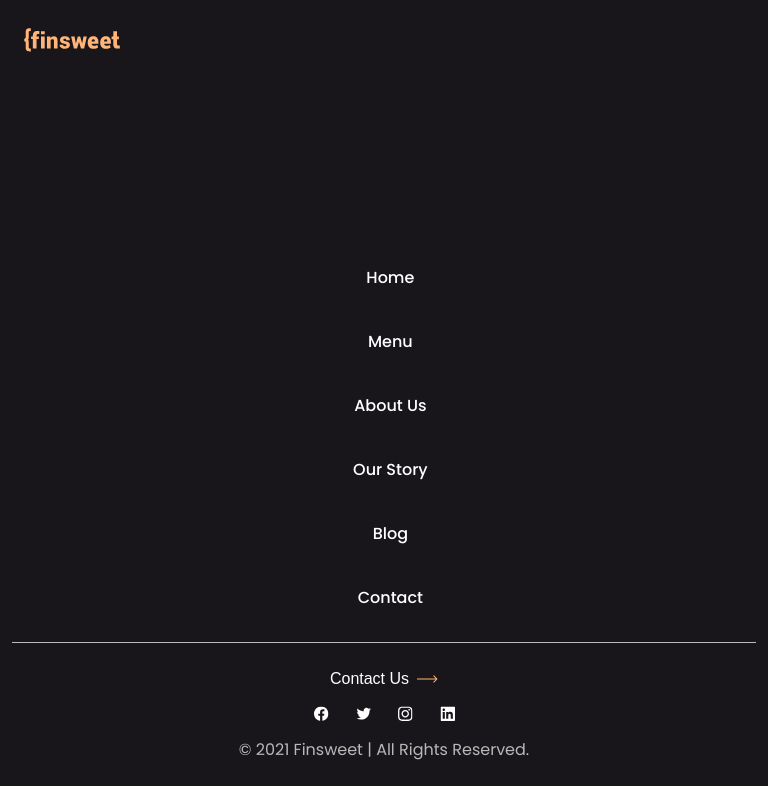
Repository: Minns-Cao/project-finsweet
Page: contact.html
An editor plug-in stored every save of this project. The page is shown before and after the next save, followed by the edit.
The browser window is 768 px wide. The pictures show the whole page.
Some web fonts or font styles are not loaded; a fallback is used.

Above is the page before, as saved 2023-04-28 14:51:15.

### contact.html
<!DOCTYPE html>
<html lang="en">
    <head>
        <meta charset="UTF-8" />
        <meta http-equiv="X-UA-Compatible" content="IE=edge" />
        <meta name="viewport" content="width=device-width, initial-scale=1.0" />
        <title>Finsweet</title>
        <!-- Reset CSS -->
        <link rel="stylesheet" href="./assets/css/reset.css" />
        <!-- Style -->
        <link rel="stylesheet" href="./assets/css/style.css" />
        <!-- Fonts -->
        <link rel="preconnect" href="https://fonts.googleapis.com" />
        <link rel="preconnect" href="https://fonts.gstatic.com" crossorigin />
        <link
            href="https://fonts.googleapis.com/css2?family=Playfair+Display:ital,wght@0,400;0,500;0,600;0,700;0,800;0,900;1,400;1,500;1,600;1,700;1,800;1,900&family=Poppins:ital,wght@0,300;0,400;0,500;0,600;1,300;1,400;1,500;1,600&display=swap"
            rel="stylesheet"
        />
    </head>
    <body>
        <!-- ========================================Contact Page================================================ -->
        <!-- Header -->
        <header class="fixed header">
            <div class="main-content">
                <div class="body">
                    <!-- Logo -->
                    <a href="./index.html"
                        ><img
                            src="./assets/img/Logo.svg"
                            alt="logo"
                            class="logo"
                    /></a>
                    <!-- Navigation -->
                    <div class="nav">
                        <ul>
                            <li>
                                <a href="./index.html">Home</a>
                            </li>
                            <li>
                                <a href="./menu.html">Menu</a>
                            </li>
                            <li>
                                <a href="./aboutUs.html">About Us</a>
                            </li>
                            <li>
                                <a href="./ourStory.html">Our Story</a>
                            </li>
                            <li>
                                <a href="./blog.html">Blog</a>
                            </li>
                            <li>
                                <a href="./contact.html">Contact</a>
                            </li>
                        </ul>
                    </div>
                    <!-- Action -->
                    <button class="action">
                        <span class="label">Clone Project</span>
                        <img
                            src="./assets/img/arrow-to-right.svg"
                            alt="arrow-to-right"
                            class="arrow-to-right"
                        />
                    </button>
                    <!-- Navigation Mobile -->

                </div>
            </div>
        </header>
        <!-- Footer -->
        <footer class="footer">
            <div class="main-content">
                <div class="body">
                    <!-- Logo -->
                    <a href="#"
                        ><img
                            src="./assets/img/Logo.svg"
                            alt="logo"
                            class="logo"
                    /></a>
                    <!-- Navigation -->
                    <div class="nav">
                        <ul>
                            <li>
                                <a href="./index.html">Home</a>
                            </li>
                            <li>
                                <a href="#">Menu</a>
                            </li>
                            <li>
                                <a href="./aboutUs.html">About Us</a>
                            </li>
                            <li>
                                <a href="./ourStory.html">Our Story</a>
                            </li>
                            <li>
                                <a href="./blog.html">Blog</a>
                            </li>
                            <li>
                                <a href="./contact.html">Contact</a>
                            </li>
                        </ul>
                    </div>
                    <!-- Contact-Footer -->
                    <div class="contact-footer">
                        <!-- Copyright -->
                        <div class="container">
                            <p class="copyright">
                                © 2021 Finsweet | All rights reserved.
                            </p>
                        </div>
                        <!-- Socials -->
                        <div class="socials-list">
                            <div class="social">
                                <img
                                    src="./assets/img/icon/icon_facebook.svg"
                                    alt="icon_facebook"
                                />
                            </div>
                            <div class="social">
                                <img
                                    src="./assets/img/icon/icon_twitter.svg"
                                    alt="icon_twitter"
                                />
                            </div>
                            <div class="social">
                                <img
                                    src="./assets/img/icon/icon_instagram.svg"
                                    alt="icon_instagram"
                                />
                            </div>
                            <div class="social">
                                <img
                                    src="./assets/img/icon/icon_linkin.svg"
                                    alt="icon_linkin"
                                />
                            </div>
                        </div>
                        <!-- action -->
                        <button
                            class="action"
                            onclick="window.location.href='./contact.html'"
                        >
                            <span class="label-med">Contact Us</span>
                            <svg
                                width="21"
                                height="8"
                                viewBox="0 0 21 8"
                                fill="none"
                                xmlns="http://www.w3.org/2000/svg"
                            >
                                <path
                                    d="M20.3536 4.35355C20.5488 4.15829 20.5488 3.84171 20.3536 3.64645L17.1716 0.464466C16.9763 0.269204 16.6597 0.269204 16.4645 0.464466C16.2692 0.659728 16.2692 0.976311 16.4645 1.17157L19.2929 4L16.4645 6.82843C16.2692 7.02369 16.2692 7.34027 16.4645 7.53553C16.6597 7.7308 16.9763 7.7308 17.1716 7.53553L20.3536 4.35355ZM0 4.5L20 4.5V3.5L0 3.5L0 4.5Z"
                                    fill="#FFB577"
                                />
                            </svg>
                        </button>
                    </div>
                </div>
            </div>
        </footer>
    </body>
</html>

### assets/css/style.css
* {
    box-sizing: border-box;
}

:root {
    --primary-color: #ffb577;
    --background-color: #19161b;
    --font-heading: Playfair Display, "serif";
}

html,
body {
    scroll-behavior: smooth;
}

html {
    font-size: 62.5%;
}

body {
    font-size: 1.6rem;
    font-family: "Poppins", sans-serif;
}

/* ================common=================*/
.main-content {
    width: 1280px;
    max-width: calc(100% - 48px);
    margin-left: auto;
    margin-right: auto;
}

a {
    text-decoration: none;
}

.btn {
    border: none;
    background: #ffb577;
    padding: 12px 24px;
}

.label-med {
    margin-right: 8px;
    font-weight: 500;
    font-size: 1.6rem;
    line-height: 1.5;
    color: #2e2d33;
}

.label-extransmall {
    font-weight: 500;
    font-size: 1.2rem;
    line-height: 1.33;
    color: #FFFFFF;
}

.heading {
    font-family: var(--font-heading);
    font-style: normal;
    color: #ffffff;
}

.lv1 {
    font-weight: 700;
    font-size: 5.6rem;
    line-height: 1.21;
}

.lv2 {
    font-weight: 700;
    font-size: 4.8rem;
    line-height: 1.21;
}

.lv3 {
    font-weight: 700;
    font-size: 3.3rem;
    line-height: 1.5;
}

.lv4 {
    font-weight: 700;
    font-size: 2rem;
    line-height: 1.5;
}

.lv5 {
    font-weight: 700;
    font-size: 1.4rem;
    line-height: 1.5;
}

.desc {
    font-weight: 400;
    font-size: 1.6rem;
    line-height: 1.75;
    color: #b8b8b8;
}

.caption {
    position: relative;
    display: inline-block;
    font-family: var(--font-heading);
    font-weight: 400;
    font-size: 1.6rem;
    line-height: 1.5;
    color: #ffb577;
}

.caption::after {
    position: absolute;
    content: "";
    display: block;
    width: 48px;
    border: 0.5px solid #ffffff;
    top: 50%;
    right: calc(-48px - 16px);
}

/* ================Header=================*/
.fixed {
    position: sticky;
    top: -20px;
    z-index: 1;
}

.header {
    background-color: var(--background-color);
}

.header .body {
    display: flex;
    align-items: center;
    padding: 28px 0px 8px;
}

.nav ul {
    display: flex;
    gap: 40px;
    margin-left: 50px;
}

.nav li a {
    font-weight: 500;
    font-size: 1.6rem;
    line-height: 1.5;
    color: #ffffff;
}

.header .action {
    display: flex;
    justify-content: center;
    align-items: center;
    margin-left: auto;
    border: none;
    background-color: var(--background-color);
}

.header .action .label {
    margin-right: 12px;
    color: #ffc492;
}

/* ================Footer=================*/

.footer {
    background-color: var(--background-color);
    padding-top: 160px;
    padding-bottom: 24px;
}

.footer .logo {
    display: block;
    margin-left: auto;
    margin-right: auto;
    transform: translateX(+10%);
}

.footer .nav{
    position: relative;
    display: flex;
    justify-content: center;
    align-items: center;

    margin-top: 43px;
}

.footer .nav::after {
    position: absolute;
    content: "";
    display: block;
    width: 97vw;
    height: 0.5px;
    background-color: #FFF;
    bottom: -32px;
    opacity: 0.7;
}

.contact-footer {
    display: flex;
    justify-content: space-between;
    align-items: center;
    margin-top: 56px;
}


.contact-footer .copyright {
    font-weight: 400;
    font-size: 1.6rem;
    line-height: 1.5;
    text-transform: capitalize;
    color: #B8B8B8;
}

.contact-footer .socials-list {
    display: flex;
    gap: 27px;
    transform: translateX(-50%);
}

.contact-footer .action {
    display: flex;
    justify-content: center;
    align-items: center;
    border: none;
    background-color: var(--background-color);
}

.contact-footer .action .label-med {
    color: #FFFFFF;
}


/* ==================Responsive==================== */

@media (max-width: 768px) {
    /* Header */
    .header .nav,
    .header .action {
        display: none;
    }

    /* Footer */
    .footer .logo {
        display: none;
    }

    .footer .nav ul {
        flex-direction: column;
        justify-content: center;
        align-items: center;
        transform: translateX(-25%);
    }

    .contact-footer {
        flex-direction: column-reverse;
        justify-content: center;
        align-items: center;
        gap: 14px;
    }

    .contact-footer .socials-list {
        justify-content: center;
        align-items: center;
        transform: translateX(0);
    }
}

Loaded but not shown: assets/css/reset.css (common file)

After the next save:
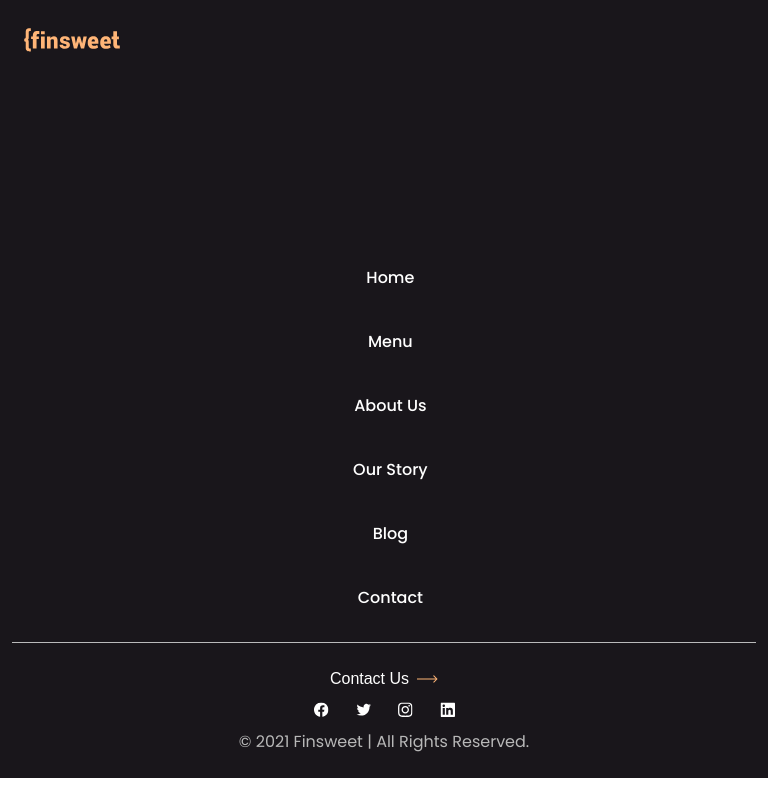
Saved 5 s later.
--- a/assets/css/style.css
+++ b/assets/css/style.css
@@ -257,7 +257,7 @@ a {
         flex-direction: column-reverse;
         justify-content: center;
         align-items: center;
-        gap: 14px;
+        gap: 10px;
     }
 
     .contact-footer .socials-list {
